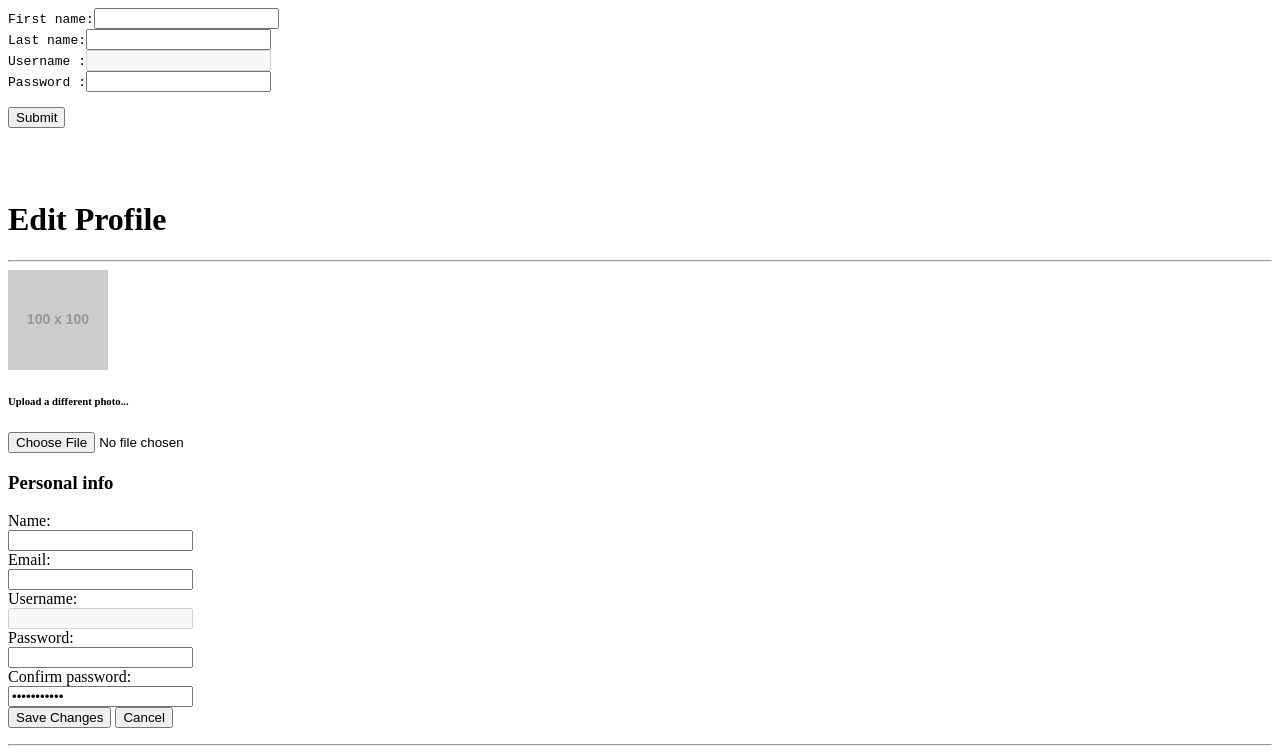
Repository: aneishkumar/AngularJS-Application
Page: Angularjs-Application-march30th/project2/WebContent/updateuser.html
The author's editor kept a copy of each file at every save. The page is drawn from the files as they stood at one save, then again after the next save.
The browser window is 1280 px wide. The pictures show the whole page.

Above is the page before, as saved 2018-03-29 11:29:42.

After the next save:
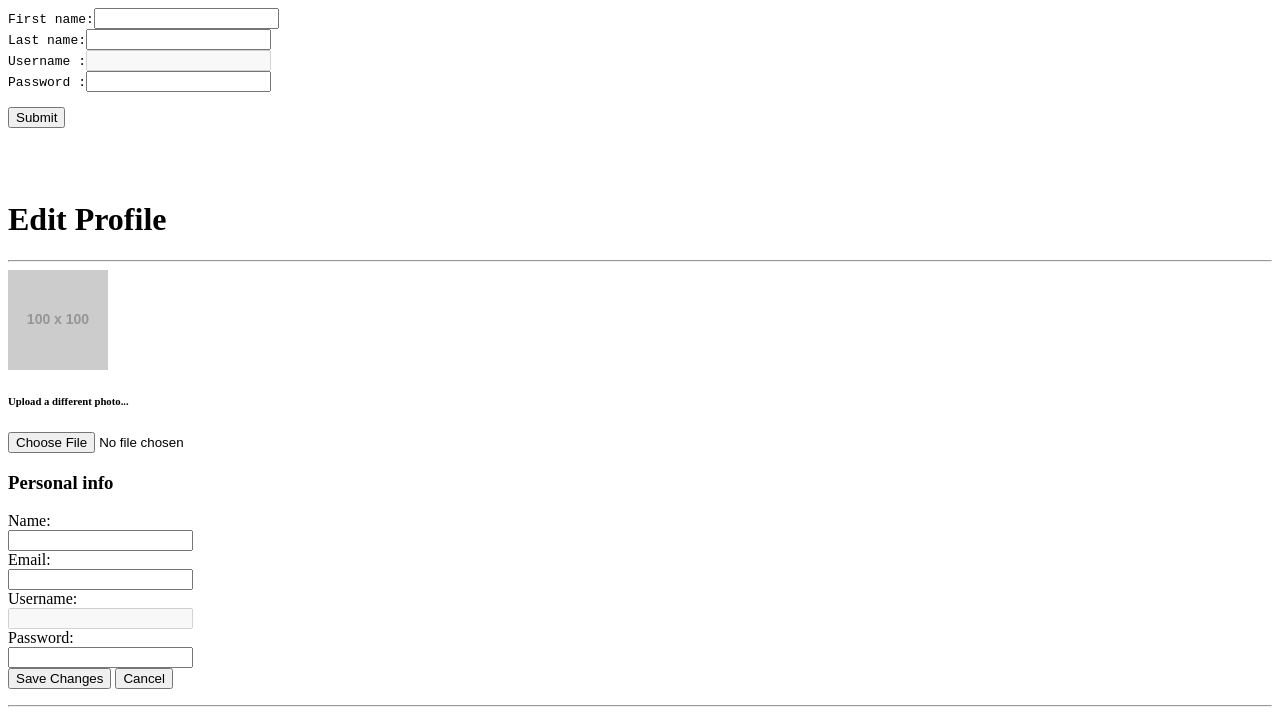
Saved 12 s later.
--- a/Angularjs-Application-march30th/project2/WebContent/updateuser.html
+++ b/Angularjs-Application-march30th/project2/WebContent/updateuser.html
@@ -56,12 +56,7 @@ Password :<input type="password" ng-model="user.password">
               <input class="form-control" type="password" ng-model="user.password">
             </div>
           </div>
-          <div class="form-group">
-            <label class="col-md-3 control-label">Confirm password:</label>
-            <div class="col-md-8">
-              <input class="form-control" type="password" value="11111122333">
-            </div>
-          </div>
+
           <div class="form-group">
             <label class="col-md-3 control-label"></label>
             <div class="col-md-8">
